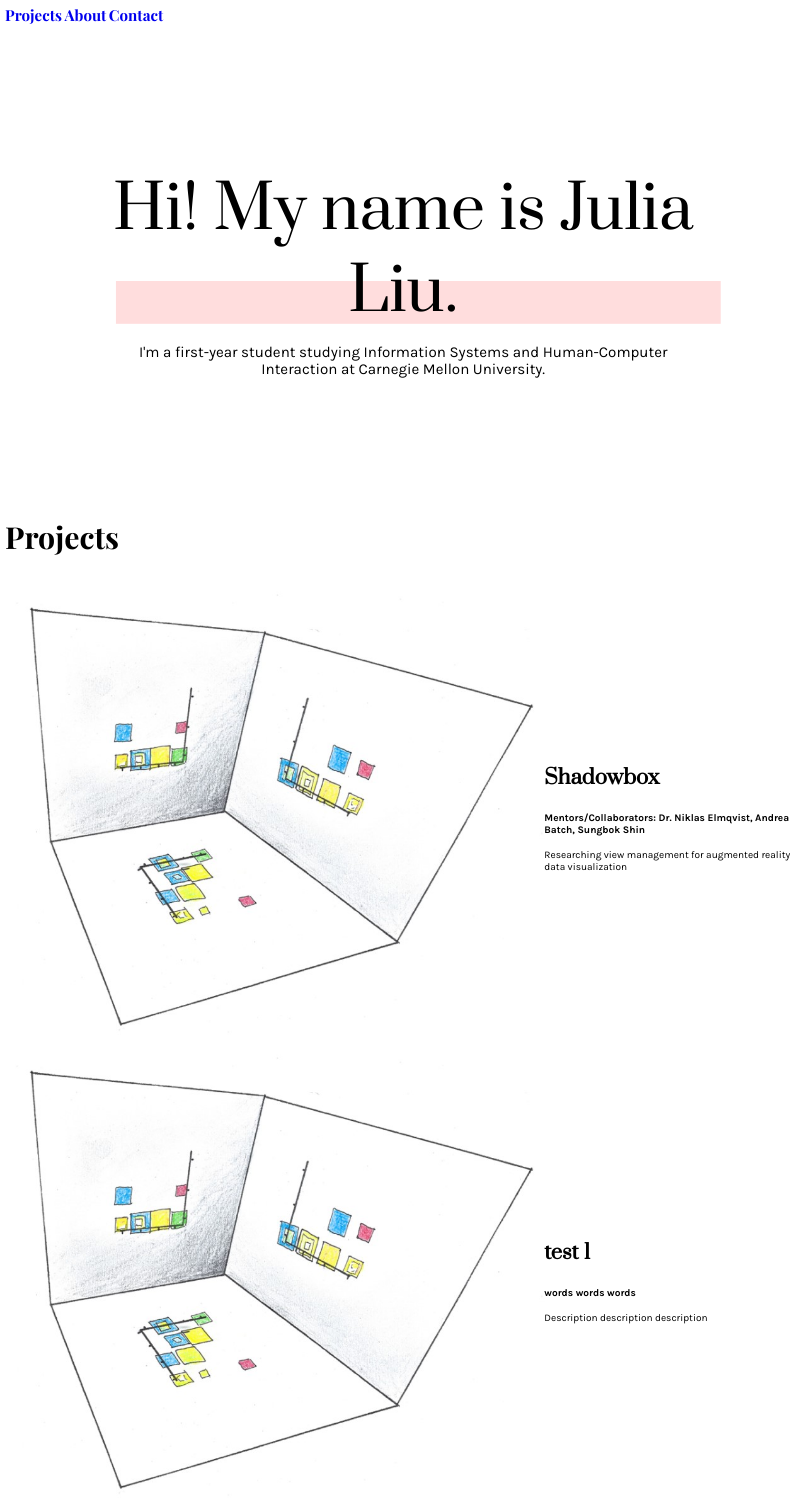
Repository: liu-julia/liu-julia.github.io
Page: index.html
An editor plug-in stored every save of this project. The page is shown before and after a run of saves, followed by the edit.
The browser window is 1280 px wide. The pictures show the whole page, at 63% of full size.

Above is the page before, as saved 2022-04-26 22:46:18.

### index.html
<!DOCTYPE html>
<html lang="en">
<head>
    <meta charset="UTF-8">
    <meta http-equiv="X-UA-Compatible" content="IE=edge">
    <meta name="viewport" content="width=device-width, initial-scale=1.0">
    <link rel="preconnect" href="https://fonts.googleapis.com">
    <link rel="preconnect" href="https://fonts.gstatic.com" crossorigin>
    <link href="https://fonts.googleapis.com/css2?family=Karla:wght@300;400;700&family=Open+Sans:wght@300;400;700&family=Playfair+Display:wght@400;700&family=Prata&display=swap" rel="stylesheet">
    <link rel="stylesheet" href="css/styles.css">
    <link rel="icon" href="images/jllogo.png">
    <title>Julia Liu</title>
</head>
<body>
    <header>
        <a href="index.html">Projects</a>
        <a href="about.html">About</a>
        <a href="contact.html">Contact</a>
    </header>
    <div id="content">
        <div id="top">
            <h1 class="highlighted">Hi! My name is Julia Liu.</h1>
            <p id="head_desc">I'm a first-year student studying Information Systems and Human-Computer Interaction at Carnegie Mellon University.</p>
        </div>
        <br>
        <h2>Projects</h2>
        <div class="project">
            <img src="images/shadowbox.jpg" alt="Shadowbox">
            <div class="project-text">
                <h3>Shadowbox</h3>
                <h4>Mentors/Collaborators: Dr. Niklas Elmqvist, Andrea Batch, Sungbok Shin</h4>
                <p>Researching view management for augmented reality data visualization</p>
            </div>
        </div>
        <div class="project">
            <img src="images/shadowbox.jpg" alt="Shadowbox">
            <div class="project-text">
                <h3>test 1</h3>
                <h4>words words words</h4>
                <p>Description description description</p>
            </div>
        </div>
    </div>
</body>
</html>

### css/styles.css
:root {
    font-family: 'Karla', sans-serif;
}
html {
    height: 100%;
}
body {
    height: 100%;
}
#content {
    height: 100%;
}
h1 {
    font-family: 'Prata', serif;
    font-weight: 400;
    font-size: 6em;
}
#top {
    height: 100%;
}
h1{
    position: absolute;
    bottom: 2em;
    left: 1em;
    right: 1em;
    text-align: center;
    margin: auto;
    width: 75%;
}
.highlighted::before {
    content: "";
    position: absolute;
    width: 100%;
    background: #ffdddd;
    left: .25em;
    bottom: .15em;
    height: .7em;
    z-index: -1;
}
h2 {
    font-family: 'Playfair Display', serif;
    font-size: 3em;
}
h3 {
    font-family: 'Prata', serif;
    font-size: 2em;

}
a {
    font-family: 'Playfair Display', serif;
    font-size: 1.5em;
    font-weight: 700;
    text-decoration: none;
}
#head_desc {
    font-size: 1.5em;
    font-weight: 400;
    position: absolute;
    bottom: 5em;
    width: 90%;
    left: 1em;
    right: 1em;
    text-align: center;
    margin: auto;
    width: 75%;
}
.project {
    display: flex;
    align-items: center;
}

After the next 4 saves:
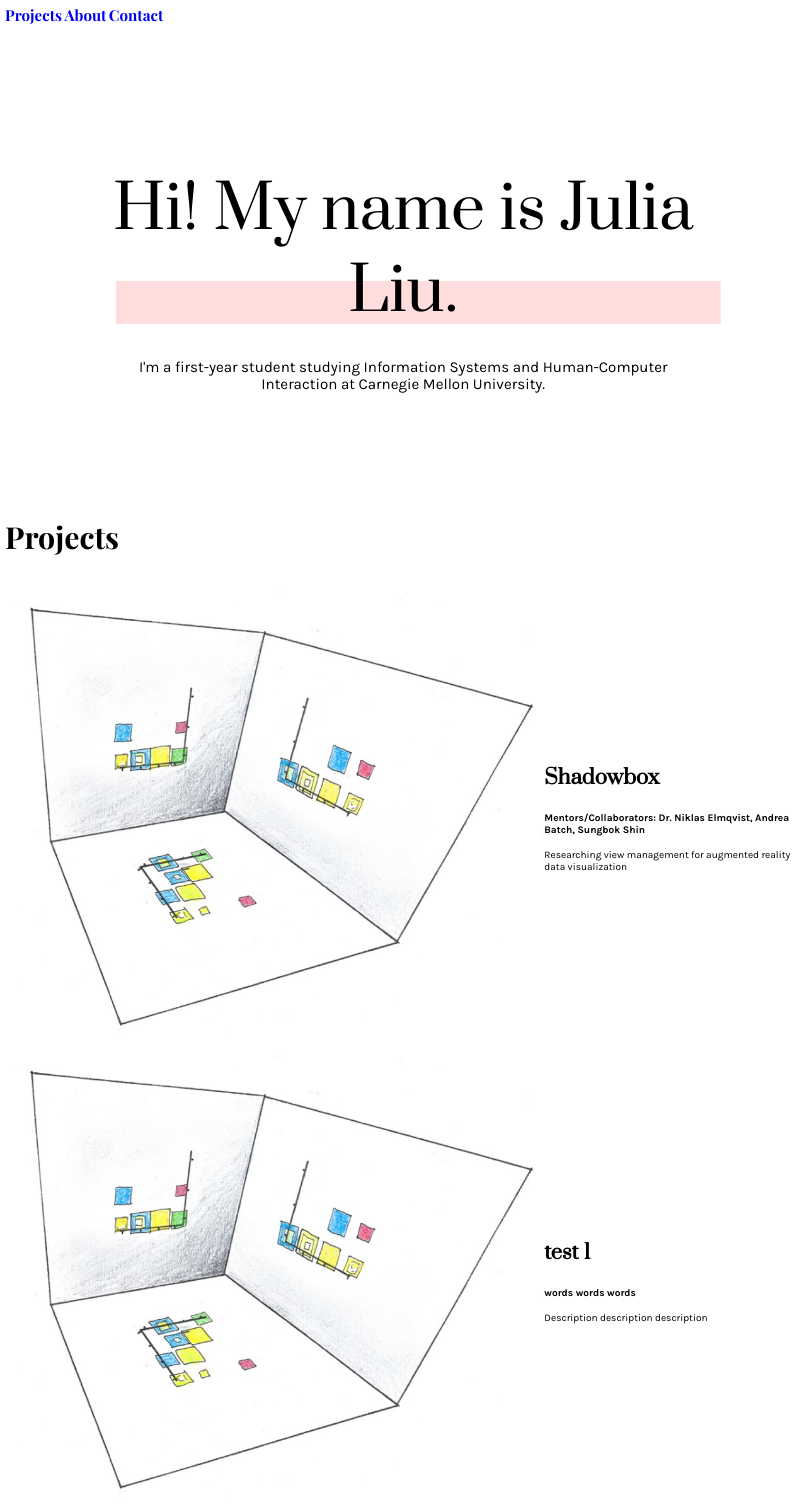
The 4 saves are shown as one change because they came seconds apart.
The last was saved 2 min 10 s later.
--- a/css/styles.css
+++ b/css/styles.css
@@ -56,10 +56,10 @@ a {
     font-size: 1.5em;
     font-weight: 400;
     position: absolute;
-    bottom: 5em;
+    bottom: 6rem;
     width: 90%;
-    left: 1em;
-    right: 1em;
+    left: 1rem;
+    right: 1rem;
     text-align: center;
     margin: auto;
     width: 75%;
